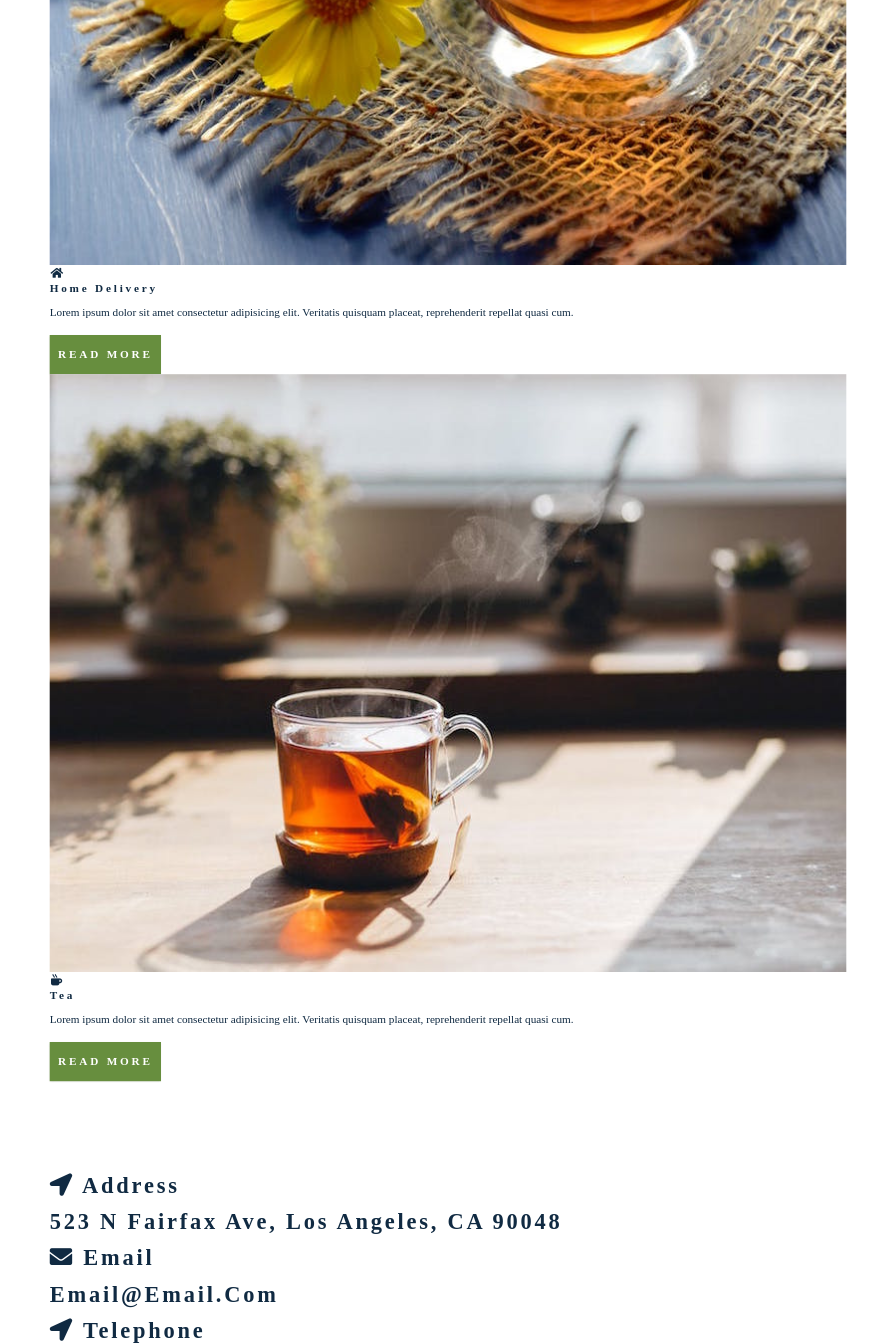
Repository: Ndifoinhilary/building_tea_site
Page: index.html
These files come from the project's save history. The page is drawn as it stood at one moment and after the next save; the edit follows.
The browser window is 1280 px wide. The pictures show the part of the page from y = 3852 to 5772 px (the page is 6180 px tall), at 70% of full size.
Backgrounds fixed to the window are drawn as part of the page. Some web fonts or font styles are not loaded; a fallback is used.

Above is the page before, as saved 2024-01-06 13:41:13.

After the next save:
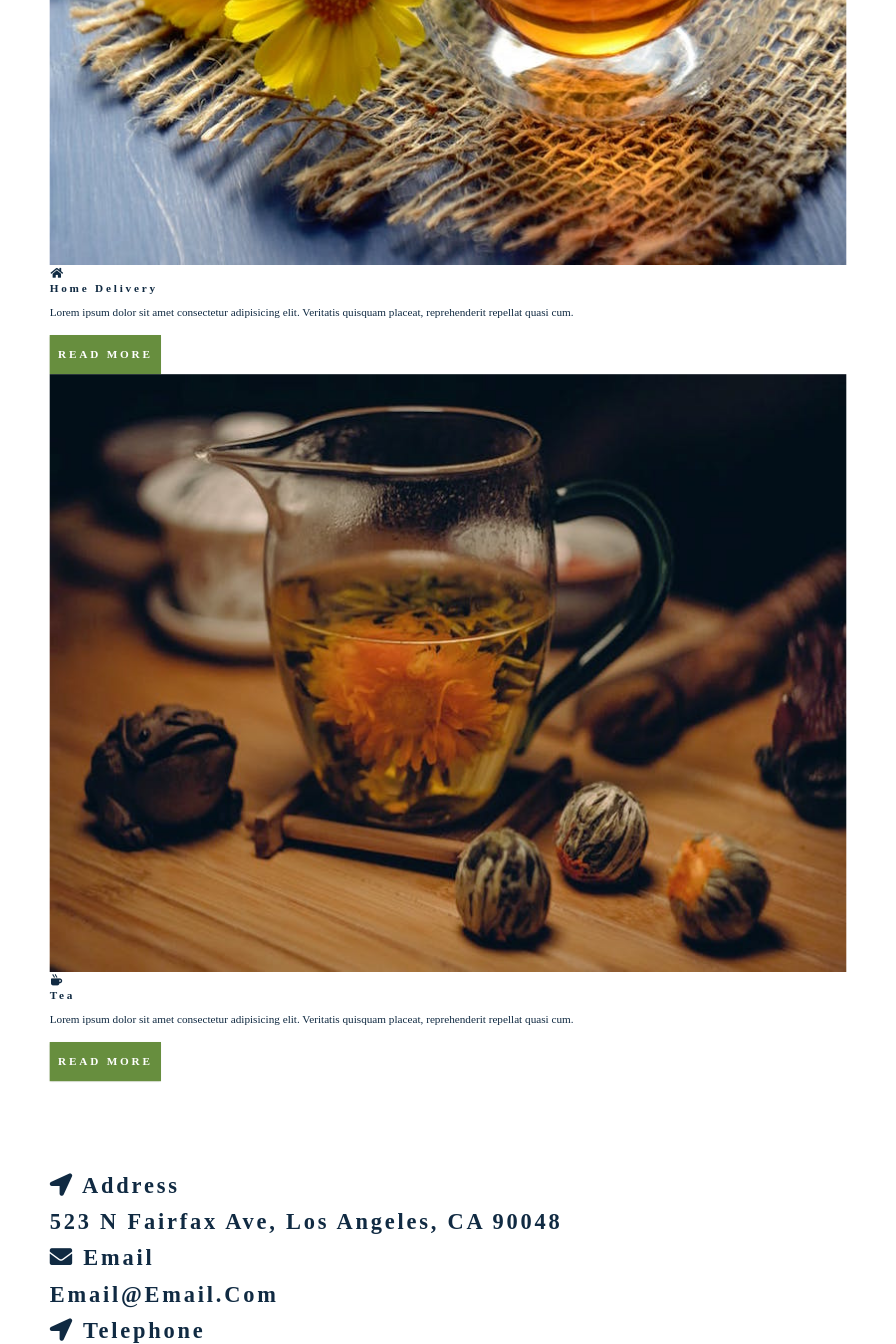
Saved 15 s later.
--- a/index.html
+++ b/index.html
@@ -229,7 +229,7 @@
       </article>
       <article class="service-card">
         <div class="service-img-container">
-          <img src="./images/product-1.jpeg" class="service-img" alt="signle service">
+          <img src="./images/product-3.jpeg" class="service-img" alt="signle service">
           <span class="service-icon"><i class="fas fa-mug-hot fa-fw"></i></span>
         </div>
         <div class="service-info">
